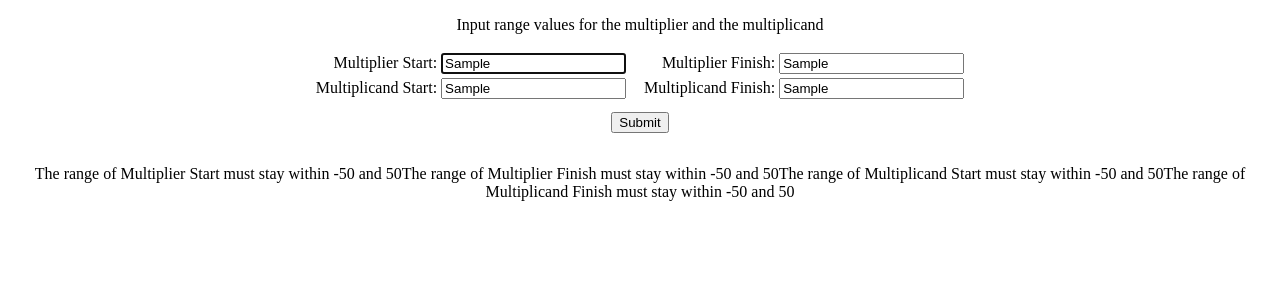
Repository: khrasna/HW4Part2
Page: index.html
An editor plug-in stored every save of this project. The page is shown before and after the next save, followed by the edit.
The browser window is 1280 px wide. The pictures show the whole page.
Empty fields were first filled with sample values (such as "Sample", 5 or name@example.com).
After loading, the first visible `#FormInput > input` was clicked once.

Above is the page before, as saved 2021-11-12 19:00:43.

After the next save:
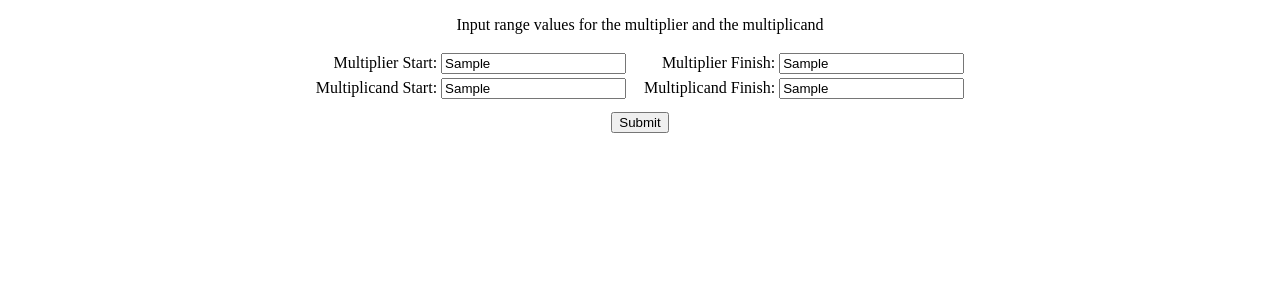
Console error: TypeError: errors.resetForm is not a function
Saved 17 s later.
--- a/formvalidate.js
+++ b/formvalidate.js
@@ -1,6 +1,7 @@
 $(function (){
    var errors = $('input[value="Submit"]').click(function () {
 
+       errors.resetForm();
         $('#FormInput').validate({
             rules: {
                 MultiplierStart: {

After the 2 saves that followed:
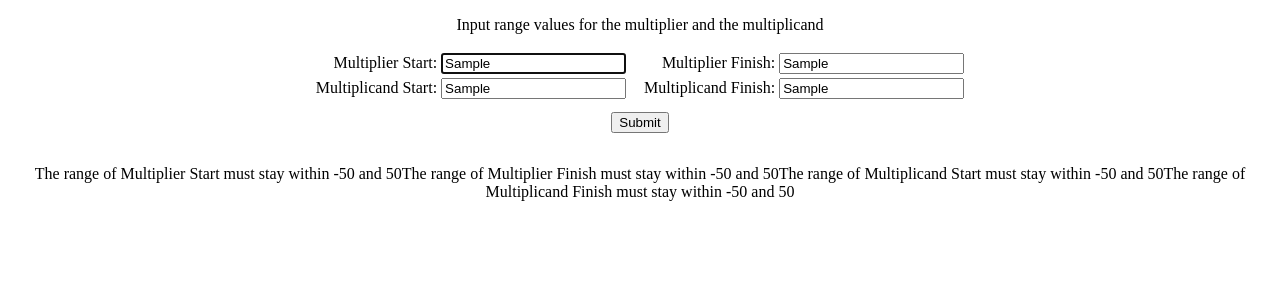
The error is gone.
The 2 saves are shown as one change because they came seconds apart.
The last was saved 15 s later.
--- a/formvalidate.js
+++ b/formvalidate.js
@@ -1,8 +1,7 @@
 $(function (){
-   var errors = $('input[value="Submit"]').click(function () {
+    $('input[value="Submit"]').click(function () {
 
-       errors.resetForm();
-        $('#FormInput').validate({
+       var errors = $('#FormInput').validate({
             rules: {
                 MultiplierStart: {
                     required: true,
